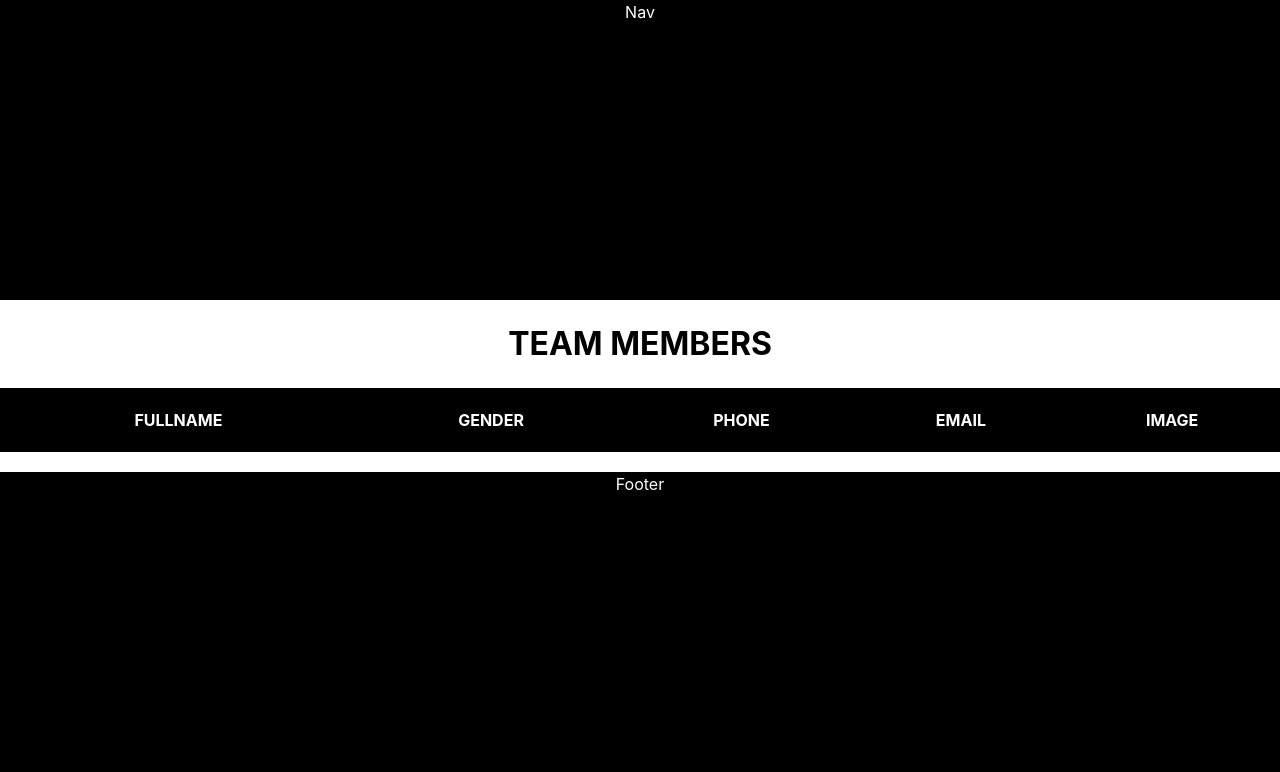
Repository: Eugene44-hub/SHRGroup46-capstone
Page: /members
The author's editor kept a copy of each file at every save. The page is drawn from the files as they stood at one save, then again after the next save.
The browser window is 1280 px wide. The pictures show the whole page.
The page's requests for data from a server got no answer. The project was rebuilt for these pictures with package versions that can differ from the ones it lists, and the page was loaded fresh each time. No one was signed in, and anything a server would have sent is missing.

Above is the page before, as saved 2022-05-17 13:28:04.

### src/index.css
    @tailwind base;
    @tailwind components;
    @tailwind utilities;
    body {
        margin: 0;
        font-family: -apple-system, BlinkMacSystemFont, 'Segoe UI', 'Roboto', 'Oxygen', 'Ubuntu', 'Cantarell', 'Fira Sans', 'Droid Sans', 'Helvetica Neue', sans-serif;
        -webkit-font-smoothing: antialiased;
        -moz-osx-font-smoothing: grayscale;
    }

    code {
        font-family: source-code-pro, Menlo, Monaco, Consolas, 'Courier New', monospace;
    }

    .container {
        max-width: 1440px;
        margin: 0 auto;
    }

### src/App.js
import { lazy, Suspense, useEffect, useState } from "react";
import { Route, Routes,BrowserRouter as Router } from "react-router-dom";

//read through comments on each component and pages to understand properly

// only tailwind and css modules are used in this project, any additional libraries should be told to the lead before installation

//Note: you can use normal import statement on the pages. Lazy load is for only Routing pages

// API's too have been fetched in utility folder you can import and use with the syntax below

import { fetchAllData,fetchCompanyQuantity,fetchPersonQuantity,fetchProductQuantity } from "./utilities/apis";
// fetchAllData(input endpoint here to fetch all data).then(data =>console.log(data) )
// fetchPersonQuantity(input quantity here to fetch an amount of data).then(data =>console.log(data) )
// fetchProductQuantity(input quantity here to fetch an amount of data).then(data =>console.log(data) )
// fetchCompanyQuantity(input quantity here to fetch an amount of data).then(data =>console.log(data) )

// endpoints are as follows:
// https://fakerapi.it/api/v1/products?_quantity=1
// https://fakerapi.it/api/v1/companies?_quantity=1
// https://fakerapi.it/api/v1/persons?_quantity=10
// https://fakerapi.it/api/v1/products
// https://fakerapi.it/api/v1/companies
// https://fakerapi.it/api/v1/persons

// check utilities folder for more details on the api functions

// happy coding


const Nav=lazy(()=>import('./components/nav/Nav'));
const Home=lazy(()=>import('./pages/home/Home'));
const Dashboard=lazy(()=>import('./pages/dashboard/Dashboard'))
const Members=lazy(()=>import('./pages/members/Members'))
const Product=lazy(()=>import('./pages/product/Product'))
const Login=lazy(()=>import('./pages/login/Login'))
const Footer=lazy(()=>import('./components/footer/Footer'))



function App() {
  const [members,setMembers]=useState(null)

  useEffect(() => {
    fetchAllData("https://fakerapi.it/api/v1/persons").then(data =>setMembers(data))
  }, [])

  return (
    <div className="App">

<Suspense fallback={<h1>Loading...</h1>}>
  <Nav/>
  <Router>
<Routes>
<Route path="/" element={<Home/>} />
<Route path="/product" element={<Product/>} />
<Route path="/dashboard" element={<Dashboard/>} />
<Route path="/login" element={<Login/>} />
<Route path="/members" element={<Members members={members}/>} />
</Routes>
</Router>
<Footer/>
</Suspense>
    </div>
  );
}

export default App;

### src/utilities/apis.js
//this function takes in the url as an argument in string format

export const fetchAllData = async(url) => {
    const response = await fetch(url);
    const data = await response.json();
    return data;
}

//

// this part take in the quantity as an argument in integer format
export const fetchPersonQuantity = async(quantity) => {
    const response = await fetch(`https://fakerapi.it/api/v1/persons?_quantity=${quantity}`);
    const data = await response.json();
    return data;
}

export const fetchCompanyQuantity = async(quantity) => {

    const response = await fetch(`https://fakerapi.it/api/v1/companies?_quantity=${quantity}`);
    const data = await response.json();
    return data;
}

export const fetchProductQuantity = async(quantity) => {
    const response = await fetch(`https://fakerapi.it/api/v1/products?_quantity=${quantity}`);
    const data = await response.json();
    return data;
}



// https://fakerapi.it/api/v1/products?_quantity=1
// https://fakerapi.it/api/v1/companies?_quantity=1
// https://fakerapi.it/api/v1/persons?_quantity=10

### src/components/nav/Nav.jsx
import React from 'react'
import styles from './Nav.module.css'
const Nav = () => {
  return (
    <nav className={`${styles.nav}`}>
<div>Nav</div>
    </nav>
  )
}

export default Nav

### src/pages/members/Members.jsx
import React from 'react'
//components should be imported from here if needed
// make use of your normal import statement here to import components
// make use of the css module folder or tailwind or you can use inline styles
// check the sample on nav and footer for css modules


const Members = ({members}) => {

console.log(members);
  return (
    <section className='my-5'>
    <div className='container'>
    <header className='text-[2rem] text-center font-bold uppercase mb-5'>
      Team members
    </header>
<table className='w-full bg-black text-white'>

    <tr>
      <th className='text-center py-5 text-[.5rem] md:text-[1rem] uppercase'>fullname</th>
      <th className='text-center py-5 text-[.5rem] md:text-[1rem] uppercase'>gender</th>
      <th className='text-center py-5 text-[.5rem] md:text-[1rem] uppercase'>phone</th>
      <th className='text-center py-5 text-[.5rem] md:text-[1rem] uppercase'>email</th>
      <th className='text-center py-5 text-[.5rem] md:text-[1rem] uppercase'>image</th>
    </tr>



  {members&&members.data.map((member,index) => (
      <tr>
      <td className='py-5 text-center text-[.5rem] md:text-[1rem]'>
      {member.firstname} {member.lastname}
      </td>
      <td className='py-5 text-center text-[.5rem] md:text-[1rem] capitalize'>
      {member.gender}
      </td>
      <td className='py-5 text-center text-[.5rem] md:text-[1rem]'>
      {member.phone}
      </td>
      <td className='py-5 text-center text-[.5rem] md:text-[1rem]'>
      {member.email}
      </td>
      <td className='py-5  text-center text-[.5rem] md:text-[1rem]'>
      <img src={member.image} className="w-[50px] mx-auto h-[50px] rounded-full" alt="" />
      </td>
      </tr>
      ))}


</table>

    </div>

    </section>
  )
}

export default Members

### src/components/footer/Footer.jsx
import React from 'react'
import styles from "./Footer.module.css"
const Footer = () => {
  return (
    <footer className={styles.footer}>Footer</footer>
  )
}

export default Footer

### src/components/nav/Nav.module.css
nav {
    height: 300px;
    background-color: black;
    color: white;
    text-align: center;
}

### src/components/footer/Footer.module.css
footer {
    height: 300px;
    background-color: black;
    color: white;
    text-align: center;
}

Loaded but not shown: public/index.html (common file); src/index.js (common file); tailwind.config.js (common file)

After the next save:
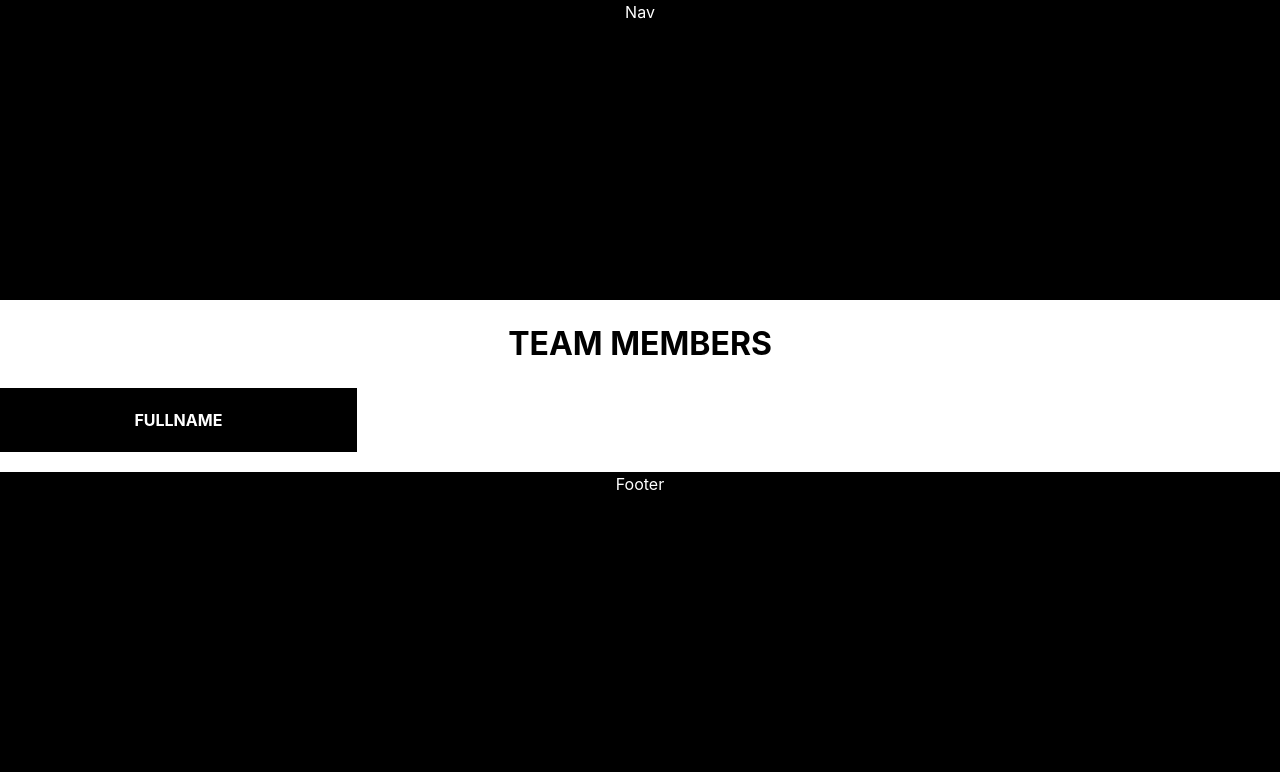
Saved 60 s later.
--- a/src/pages/members/Members.jsx
+++ b/src/pages/members/Members.jsx
@@ -14,10 +14,10 @@
     <header className='text-[2rem] text-center font-bold uppercase mb-5'>
       Team members
     </header>
-<table className='w-full bg-black text-white'>
+<table className='w-full text-white'>
 
     <tr>
-      <th className='text-center py-5 text-[.5rem] md:text-[1rem] uppercase'>fullname</th>
+      <th className='text-center bg-black  py-5 text-[.5rem] md:text-[1rem] uppercase'>fullname</th>
       <th className='text-center py-5 text-[.5rem] md:text-[1rem] uppercase'>gender</th>
       <th className='text-center py-5 text-[.5rem] md:text-[1rem] uppercase'>phone</th>
       <th className='text-center py-5 text-[.5rem] md:text-[1rem] uppercase'>email</th>

After the save that followed:
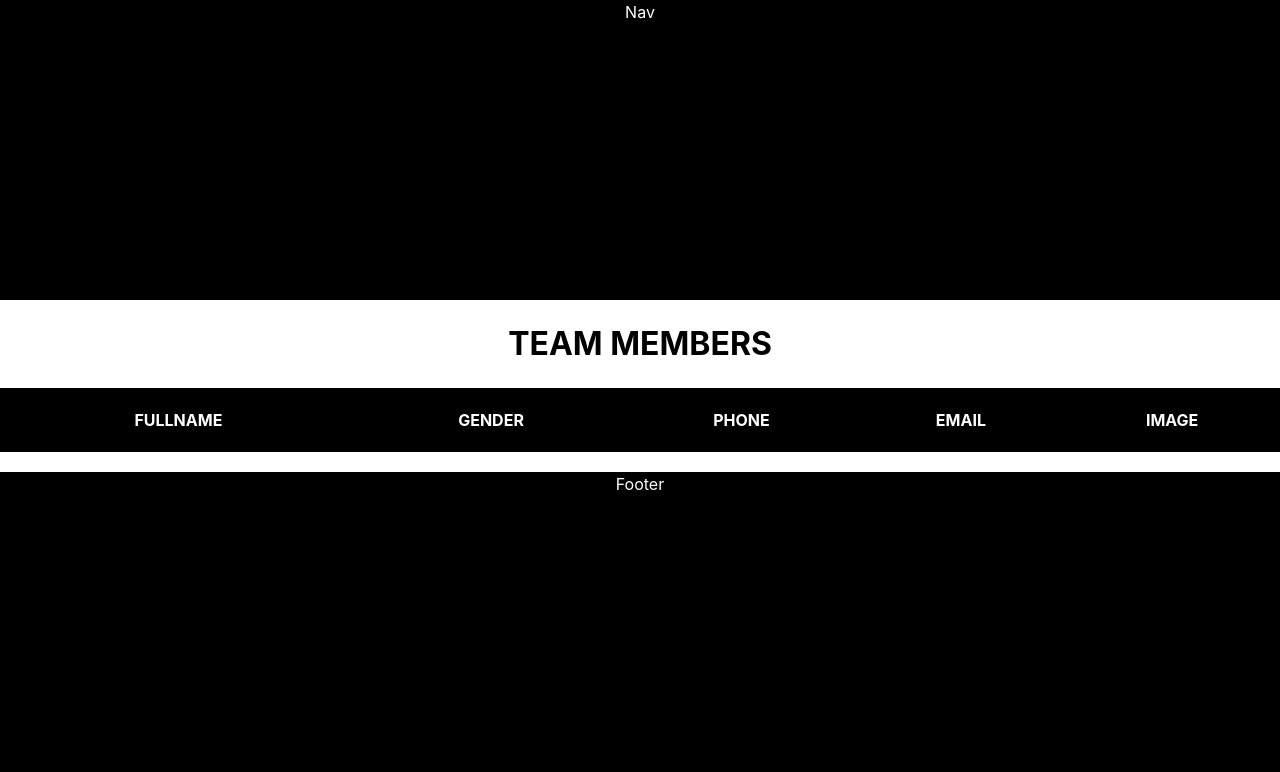
Saved 15 s later.
--- a/src/pages/members/Members.jsx
+++ b/src/pages/members/Members.jsx
@@ -16,8 +16,8 @@
     </header>
 <table className='w-full text-white'>
 
-    <tr>
-      <th className='text-center bg-black  py-5 text-[.5rem] md:text-[1rem] uppercase'>fullname</th>
+    <tr className='bg-black '>
+      <th className='text-center  py-5 text-[.5rem] md:text-[1rem] uppercase'>fullname</th>
       <th className='text-center py-5 text-[.5rem] md:text-[1rem] uppercase'>gender</th>
       <th className='text-center py-5 text-[.5rem] md:text-[1rem] uppercase'>phone</th>
       <th className='text-center py-5 text-[.5rem] md:text-[1rem] uppercase'>email</th>
